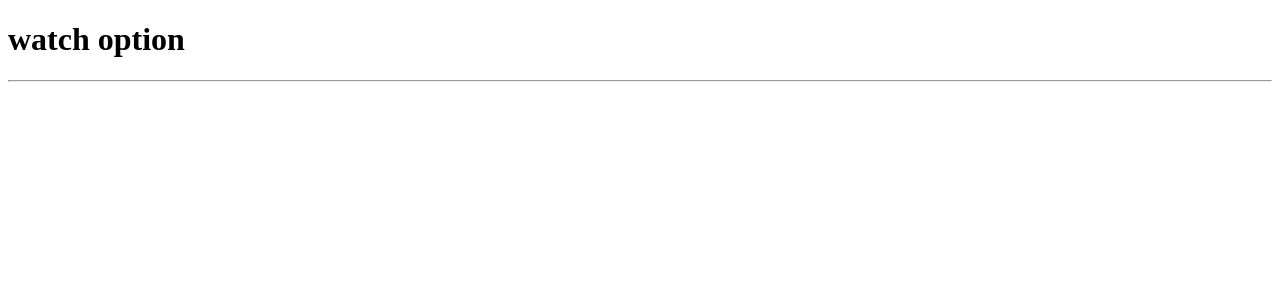
Repository: 13982720426/vue2.0-LearningNotes
Page: example/watch.html
The author's editor kept a copy of each file at every save. The page is drawn from the files as they stood at one save, then again after the next save.
The browser window is 1280 px wide. The pictures show the whole page.

Above is the page before, as saved 2021-06-25 21:03:50.

### example/watch.html
<!DOCTYPE html>
<html lang="en">
  <head>
    <meta charset="UTF-8" />
    <meta http-equiv="X-UA-Compatible" content="IE=edge" />
    <meta name="viewport" content="width=device-width, initial-scale=1.0" />
    <title>watch option</title>
    <script type="text/javascript" src="../assets/js/vue.js"></script>
  </head>
  <body>
    <h1>watch option</h1>
    <hr />
    <div id="app">{{message}}</div>
    <script type="text/javascript">
      var app = new Vue({
        el: '#app',
        data: {
          wendu: 14,
          chuanyi: '夹克长裙',
        },
      });
    </script>
  </body>
</html>

Loaded but not shown: assets/js/vue.js (library)

After the next save:
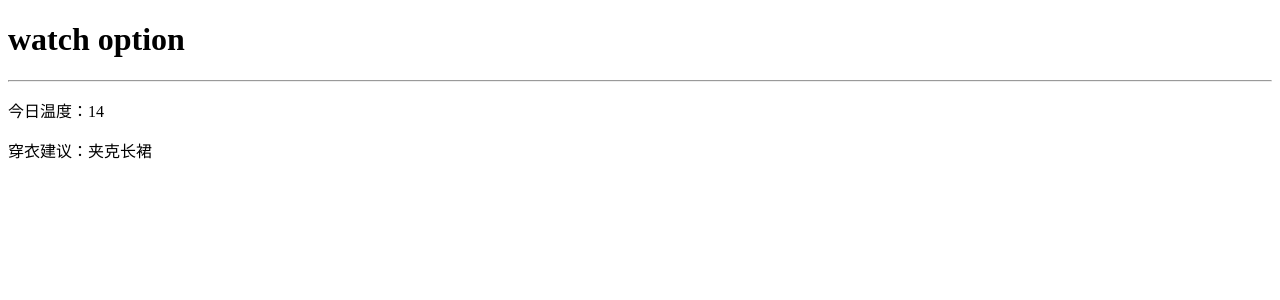
Saved 52 s later.
--- a/example/watch.html
+++ b/example/watch.html
@@ -10,7 +10,10 @@
   <body>
     <h1>watch option</h1>
     <hr />
-    <div id="app">{{message}}</div>
+    <div id="app">
+      <p>今日温度：{{wendu}}</p>
+      <p>穿衣建议：{{chuanyi}}</p>
+    </div>
     <script type="text/javascript">
       var app = new Vue({
         el: '#app',
